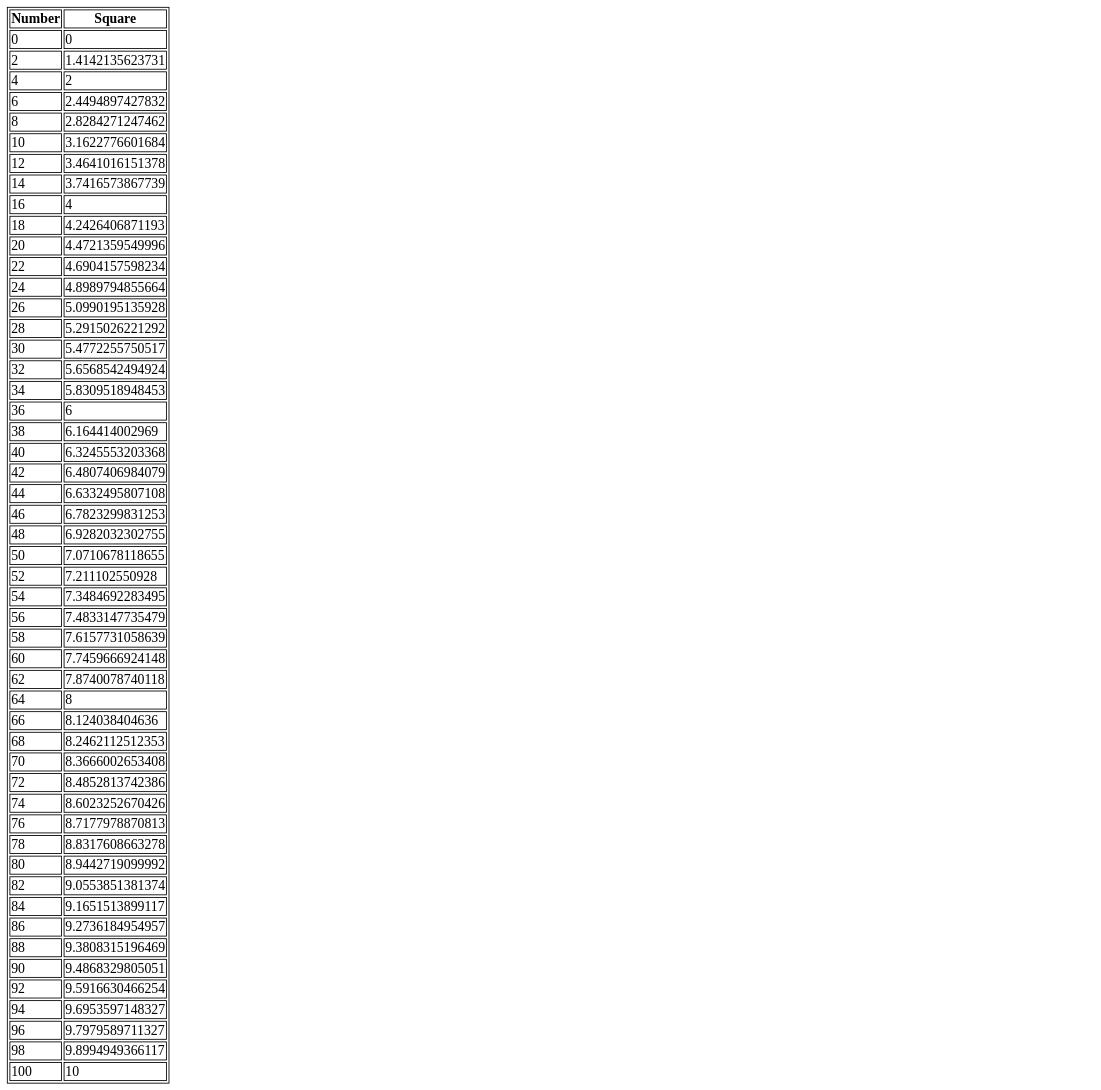
Repository: zhanivanov/PHP_Basics_Course_Homework
Page: http://localhost/1.SquareRootSum/SquareRootSum.php
The author's editor kept a copy of each file at every save. The page is drawn from the files as they stood at one save, then again after the next save.
The browser window is 1280 px wide. The pictures show the whole page, at 86% of full size.
The page is run by PHP 8.4 with error messages shown; the project is at /var/www/html/.

Above is the page before, as saved 2014-08-23 13:50:46.

### PHP_Flow_Control/1.SquareRootSum/SquareRootSum.php
<!DOCTYPE html>
<html>
    <head>
        <title>Square Root Sum</title>
        <style>
            table,tr,th,td{
                border: 1px solid black;
            }
        </style>
    </head>
    <body>
        <table>
            <thead>
                <tr>
                    <th>Number</th>
                    <th>Square</th>
                </tr>
            </thead>
            <tbody>
                <?php
                    for($i = 0; $i<=100; $i+=2): ?>
                <tr>
                    <td><?= $i ?></td>
                    <td><?= sqrt($i) ?></td>
                </tr>
                <?php endfor; ?>
            </tbody>
        </table>
    </body>
</html>

After the next save:
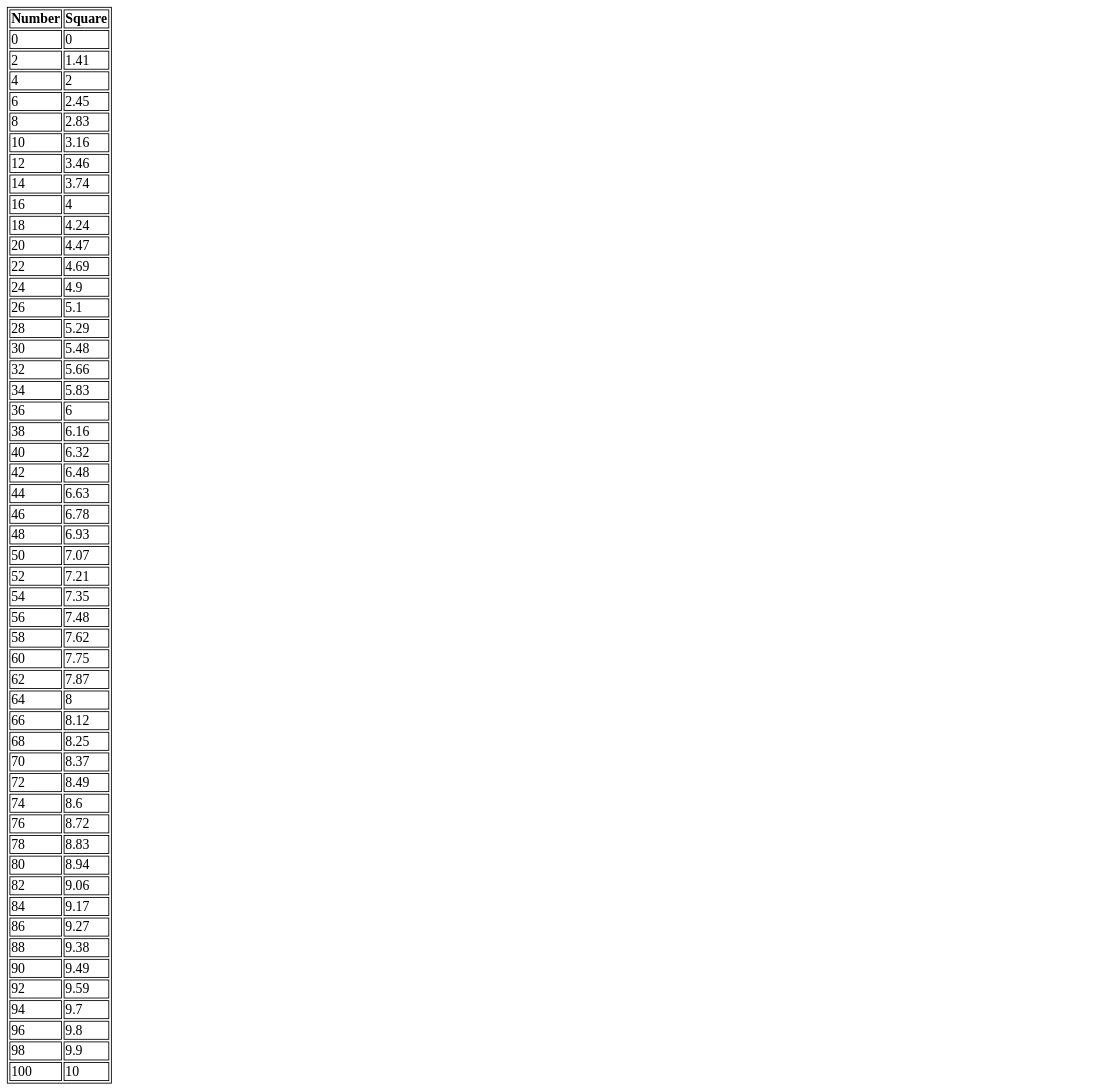
Saved 74 s later.
--- a/PHP_Flow_Control/1.SquareRootSum/SquareRootSum.php
+++ b/PHP_Flow_Control/1.SquareRootSum/SquareRootSum.php
@@ -21,7 +21,7 @@
                     for($i = 0; $i<=100; $i+=2): ?>
                 <tr>
                     <td><?= $i ?></td>
-                    <td><?= sqrt($i) ?></td>
+                    <td><?= round(sqrt($i), 2) ?></td>
                 </tr>
                 <?php endfor; ?>
             </tbody>
